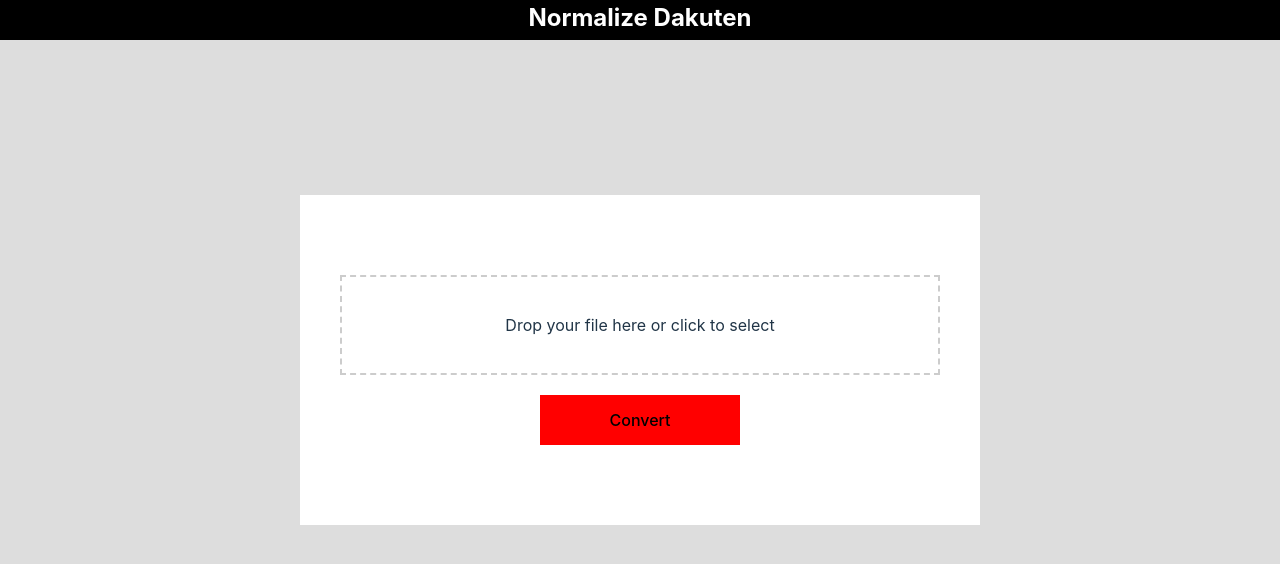
Repository: CatHandsService/normalize_dakuten
Page: / (app in front/)
The author's editor kept a copy of each file at every save. The page is drawn from the files as they stood at one save, then again after the next save.
The browser window is 1280 px wide. The pictures show the whole page.
The project was rebuilt for these pictures with package versions that can differ from the ones it lists, and the page was loaded fresh each time. Also part of the build but not shown: front/vite.config.ts.

Above is the page before, as saved 2024-01-27 17:36:03.

### front/src/App.tsx
import './App.css'
import { Header } from './components/Header'
import { ImportFile } from './components/ImportFile'

function App() {

  return (
    <div className='main'>
      <Header />
      <div className='container'>
        <ImportFile />
      </div>
    </div>
  )
}

export default App

### front/src/App.css
#root {
  max-width: 1280px;
  margin: 0 auto;
  padding: 2rem;
  text-align: center;
}

body {
  background-color: #ddd;
}

.header {
  width: 100%;
  height: 40px;
  background-color: #000;
  color: #fff;
  font-size: 24px;
  font-weight: bold;
  text-align: center;
  position: fixed;
  left: 0;
  top: 0;
}
.container {
  width: 600px;
  /* height: 300px; */
  margin: 60px auto;
  padding: 80px 40px;
  background-color: #fff;
  display: flex;
  flex-direction: column;
  justify-content: space-between;
}

.inputField {
  width: 400px;
  height: 300px;
}

.convert {
  width: 200px;
  height: 50px;
  margin-top: 20px;
  border-radius: 0;
}

.valid {
  background-color: #f00;
}

.failed {
  background-color: #ddd;
}

.message {
  margin-bottom: 0;
}

.validMessage {
  color: blue;
  font-size: 24px;
  font-weight: bold;
}

.failedMessage {
  color: red;
  font-size: 24px;
  font-weight: bold;
}

### front/src/components/Header.tsx
import '../App.css'

export const Header = () => {
  return (
    <div className="header">
      Normalize Dakuten
    </div>
  )
}

### front/src/components/ImportFile.tsx
import '../App.css'
import React, { useCallback, useState } from 'react';
import { useDropzone } from 'react-dropzone';
import { Convert } from './Convert';

export const ImportFile = () => {
  const [selectedFile, setSelectedFile] = useState<File | undefined>(undefined);
  const [fileName, setFileName] = useState<string>('');
  const [validMessage, setValidMessage] = useState<string>('');
  const [errorMessage, setErrorMessage] = useState<string>('');

  const onDrop = useCallback((acceptedFiles: File[]) => {
    // ファイルが選択された時の処理
    const file = acceptedFiles[0];
    setSelectedFile(file);
    setFileName(file.name);

    // エクセルで取り扱えるファイルかどうかのバリデーションを実行
    if (validateFile(file)) {
      // バリデーションが通れば、ここで必要な処理を実行
      setErrorMessage("");
      setValidMessage('The file is a file that can be handled by Excel.');
      console.log('The file is a file that can be handled by Excel.');
    } else {
      // バリデーションが通らない場合はエラーメッセージを表示などの処理を実行
      console.error('This file cannot be handled by Excel.');
      // window.confirm("This file cannot be handled by Excel.");
      setValidMessage("");
      setErrorMessage("This file cannot be handled by Excel.");
      // setSelectedFile(null);
      // setFileName('');
    }
  }, []);

  const validateFile = (file: File): boolean => {
    // エクセルで取り扱えるかのバリデーションロジックをここに実装
    // 例として、拡張子がxlsxの場合にtrueを返すものとします
    return file.name.toLowerCase().endsWith('.xlsx');
  };

  const { getRootProps, getInputProps } = useDropzone({
    onDrop,
    multiple: false, // 一度に複数のファイルを選択できないようにする
    accept: '.xlsx', // 受け入れるファイルの種類を指定
  });

  const handleUpload = async () => {
    try {
      if (!selectedFile) {
        console.error('No file selected.');
        return;
      }
      const formData = new FormData();
      formData.append('file', selectedFile);

      const response = await fetch('http://localhost:5000/upload', {
        method: 'POST',
        body: formData,
      });

      if (response.ok) {
        // ダウンロードリンクの取得などの処理を実行
        console.log('File uploaded successfully!');
      } else {
        console.error('Failed to upload file.');
      }
    } catch (error) {
      console.error('Error uploading file:', error);
    }
  };

  return (
    <div>
      <div {...getRootProps()} style={dropzoneStyles}>
        <input className='inputField' {...getInputProps()} />
        <p>Drop your file here or click to select</p>
        {validMessage !== ""
            ? <p className='validMessage'>{validMessage}</p>
            : errorMessage !== ""
              ? <p className='failedMessage'>{errorMessage}</p>
              : null
        }
      </div>

      {selectedFile &&
        <p className='message'>selected file : {fileName}</p>
      }

      <Convert
        selectedFile={selectedFile}
        handleUpload={handleUpload}
      />
    </div>
  );
};

const dropzoneStyles: React.CSSProperties = {
  border: '2px dashed #cccccc',
  padding: '20px',
  textAlign: 'center',
  cursor: 'pointer',
};

### front/src/components/Convert.tsx
import '../App.css'

export const Convert: React.FC<{
    data: string;
    fileName: string;
    props: File | undefined;
  }> = ({
    data, fileName, props
  }) => {
  const handleExport = () => {
    const blob = new Blob([data], { type: 'application/octet-stream' });
    const url = URL.createObjectURL(blob);

    const link = document.createElement('a');
    link.href = url;
    link.download = fileName;
    document.body.appendChild(link);

    // クリックしてダウンロードをトリガー
    link.click();

    // 不要な要素を削除
    document.body.removeChild(link);
    URL.revokeObjectURL(url);
  };

  return (
    <div>
      <button
        className={
          props?.selectedFile !== null
          ? 'convert valid'
          : 'convert failed'
        }
        onClick={handleExport}
      >
        Convert
      </button>
    </div>
  )
}

Loaded but not shown: front/index.html (common file); front/src/main.tsx (common file); front/src/index.css (common file)

After the next save:
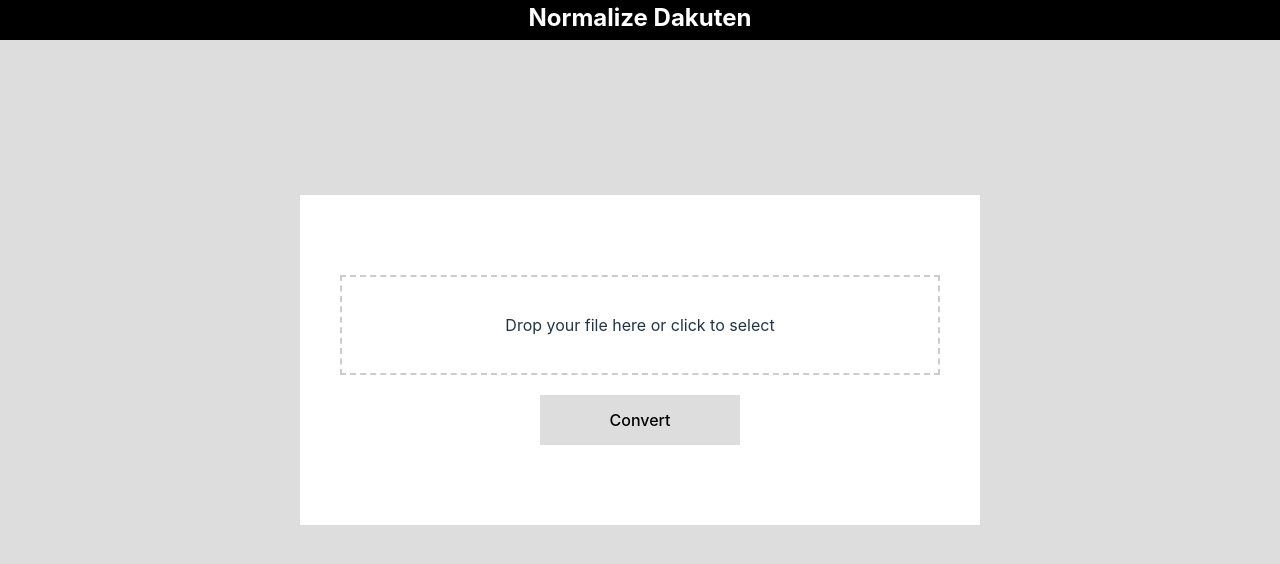
Saved 16 s later.
--- a/front/src/components/Convert.tsx
+++ b/front/src/components/Convert.tsx
@@ -28,7 +28,7 @@ export const Convert: React.FC<{
     <div>
       <button
         className={
-          props?.selectedFile !== null
+          props?.selectedFile !== undefined
           ? 'convert valid'
           : 'convert failed'
         }
